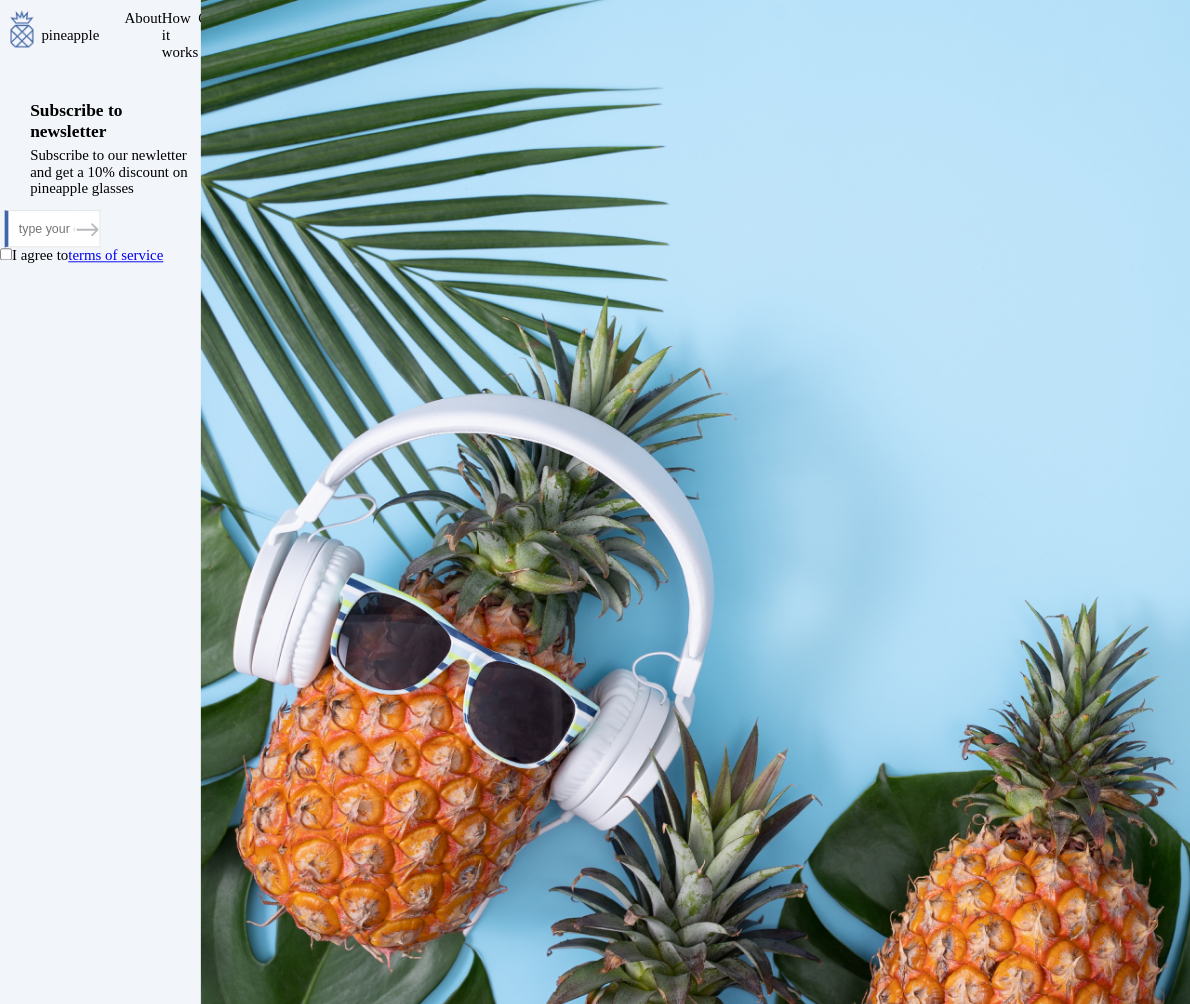
Repository: PaulsBebris/megabit-task
Page: /
These files come from the project's save history. The page is drawn as it stood at one moment and after the next save; the edit follows.
The browser window is 1280 px wide. The pictures show the whole page, at 93% of full size.
The project was rebuilt for these pictures with package versions that can differ from the ones it lists, and the page was loaded fresh each time.

Above is the page before, as saved 2021-04-19 14:42:47.

### src/App.vue
<template>
  <div id="app">
    <!-- <div id="nav">
      <router-link to="/">Home</router-link> |
      <router-link to="/about">About</router-link>
    </div> -->
    <router-view/>
  </div>
</template>

<style lang="scss">
// normalize
* {
  padding: 0;
  margin: 0;
  box-sizing: border-box;
}
#app {
  // font-family: Avenir, Helvetica, Arial, sans-serif;
  // -webkit-font-smoothing: antialiased;
  // -moz-osx-font-smoothing: grayscale;
  // text-align: center;
  // color: #2c3e50;
  overflow: hidden;
}

// #nav {
//   padding: 30px;

//   a {
//     font-weight: bold;
//     color: #2c3e50;

//     &.router-link-exact-active {
//       color: #42b983;
//     }
//   }
// }
</style>

### src/router/index.js
import Vue from 'vue'
import VueRouter from 'vue-router'
import Home from '../views/Home.vue'

Vue.use(VueRouter)

const routes = [
  {
    path: '/',
    name: 'Home',
    component: Home
  }
]

const router = new VueRouter({
  routes
})

export default router

// {
// path: '/about',
// name: 'About',
// route level code-splitting
// this generates a separate chunk (about.[hash].js) for this route
// which is lazy-loaded when the route is visited.
// component: () => import(/* webpackChunkName: "about" */ '../views/About.vue')
// }

### src/views/Home.vue
<template>
  <div class="home">
    <div class="page-content-wrapper">
      <div class="header-wrapper">
        <div class="logo">
          <img src="../assets/img/pineapple.png" alt="pineapple">
          <span>pineapple</span>
        </div>
        <div class="main-menu">
          <div>About</div>
          <div>How it works</div>
          <div>Contact</div>
        </div>
      </div>
      <div class="content-wrapper">
        <h3>Subscribe to newsletter</h3>
        <p>Subscribe to our newletter and get a 10% discount on pineapple glasses</p>
      </div>
      <div class="subscribe-form-wrapper">
        <input type="text" placeholder="type your email here" @click="onSubscribe" v-model="email" >
        <div class="submit-button">
          <span>
            <img src="../assets/img/ic_arrow.svg" alt="arrow">
          </span>
        </div>
      </div>
      <div class="terms-of-use">
        <input type="checkbox" name="agreedOnTerms" id="">I agree to<a href="#">terms of service</a>
      </div>
      <div class="social-wrapper"></div>
    </div>
    <div class="base-image">
      <img :src=sommer alt="">
    </div>
  </div>
</template>

<script>
import sommer from '@/assets/img/sommer.png'

export default {
  name: 'Home',
  components: {},
  data () {
    return {
      sommer,
      email: ''
    }
  },
  methods: {
    onSubscribe () {
      // axios send data
    }
  }
}
</script>

<style lang="scss" scoped>
@import "../assets/scss/defaults.scss";
.home {
  display: flex;
  // grid-template-columns: 3fr 1fr;
  // grid-template-rows: 100vh;
  width: 680px;
  height: 1080px;
  // color: $blue;
  // overflow: hidden;
}
.page-content-wrapper {
  width: 40vw;
  height: 1080px;
  background-color: $light-blue;
}
.base-image {
  width: 60vw;
}
.base-image img {
  max-height: 1080px;
}
.header-wrapper {
  display: flex;
  justify-content: space-between;
  margin: 5% 0 20% 0;
  align-items: center;
}
.logo {
  margin-left: 5%;
  display: flex;
  align-items: center;
}
.logo img {
  margin-right: 10%;
  position: relative;
  top: -7px;
}
.main-menu {
  margin-right: 5%;
  display: flex;
  justify-content: space-between;
  width: 33%;
}
.content-wrapper {
  padding-left: 15%;
}
.content-wrapper :first-child {
  margin-bottom: 3%;
}
.content-wrapper p {
  margin-bottom: 8%;
}
.subscribe-form-wrapper {
  display: flex;
  justify-content: right;
  width: 50%;
}
.subscribe-form-wrapper input {
  border: none;
  border-left: 4px solid $blue;
  padding-left: 10%;
  margin-left: 5%;
  height: 40px;
  z-index: 2;
  width: 90%;
  border-top: 1px solid $light-grey;
  border-bottom: 1px solid $light-grey;
}
.submit-button {
  z-index: 2;
  width: 38px;
  background-color: #fff;
  border-top: 1px solid $light-grey;
  border-right: 1px solid $light-grey;
  border-bottom: 1px solid $light-grey;
  height: 40px;
}
.submit-button {
  display: flex;
  justify-content: center;
  align-items: center;
}
.submit-button span {
  margin-top: 5px;
}
// mobile
@media screen and (max-width: 1024px) {
  .base-image {
    display: none;
  }
  .page-content-wrapper {
    width: 100vw;
    background-image: url('../assets/img/sommer.png');
    background-repeat: no-repeat;
    background-position: center;
    background-attachment: fixed;
    background-size: cover;
    max-height: 746px;
  }
}
</style>

### src/assets/scss/_defaults.scss
$blue: #4066A5;
$black: #131821;
$grey: #6A707B;
$light-grey: #E3E3E4;
$light-blue: #F2F5FA;

Loaded but not shown: public/index.html (common file); src/main.js (common file); src/store/index.js (common file)

After the next save:
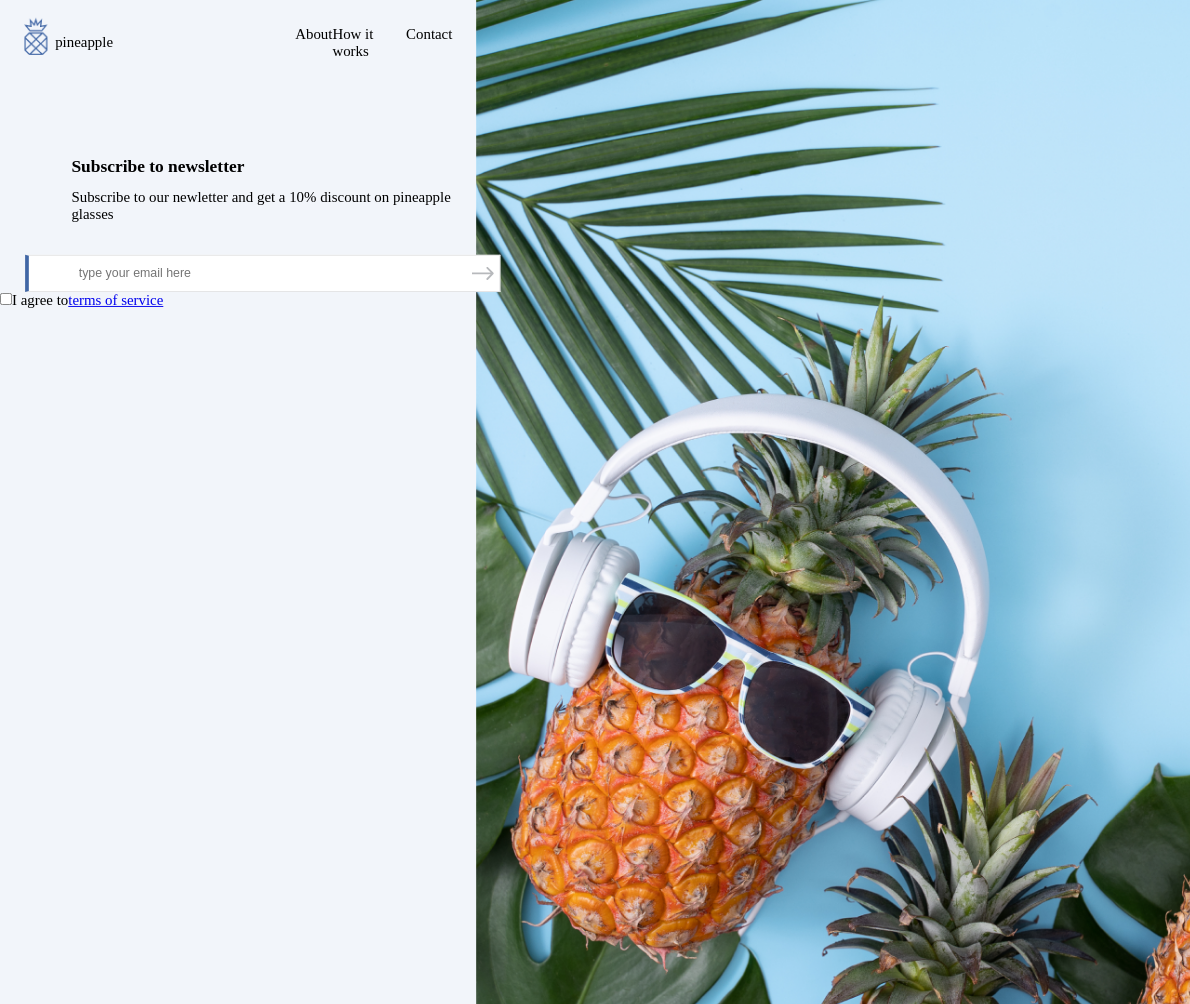
Saved 16 s later.
--- a/src/views/Home.vue
+++ b/src/views/Home.vue
@@ -111,7 +111,7 @@ export default {
 .subscribe-form-wrapper {
   display: flex;
   justify-content: right;
-  width: 50%;
+  width: 42vw;
 }
 .subscribe-form-wrapper input {
   border: none;
